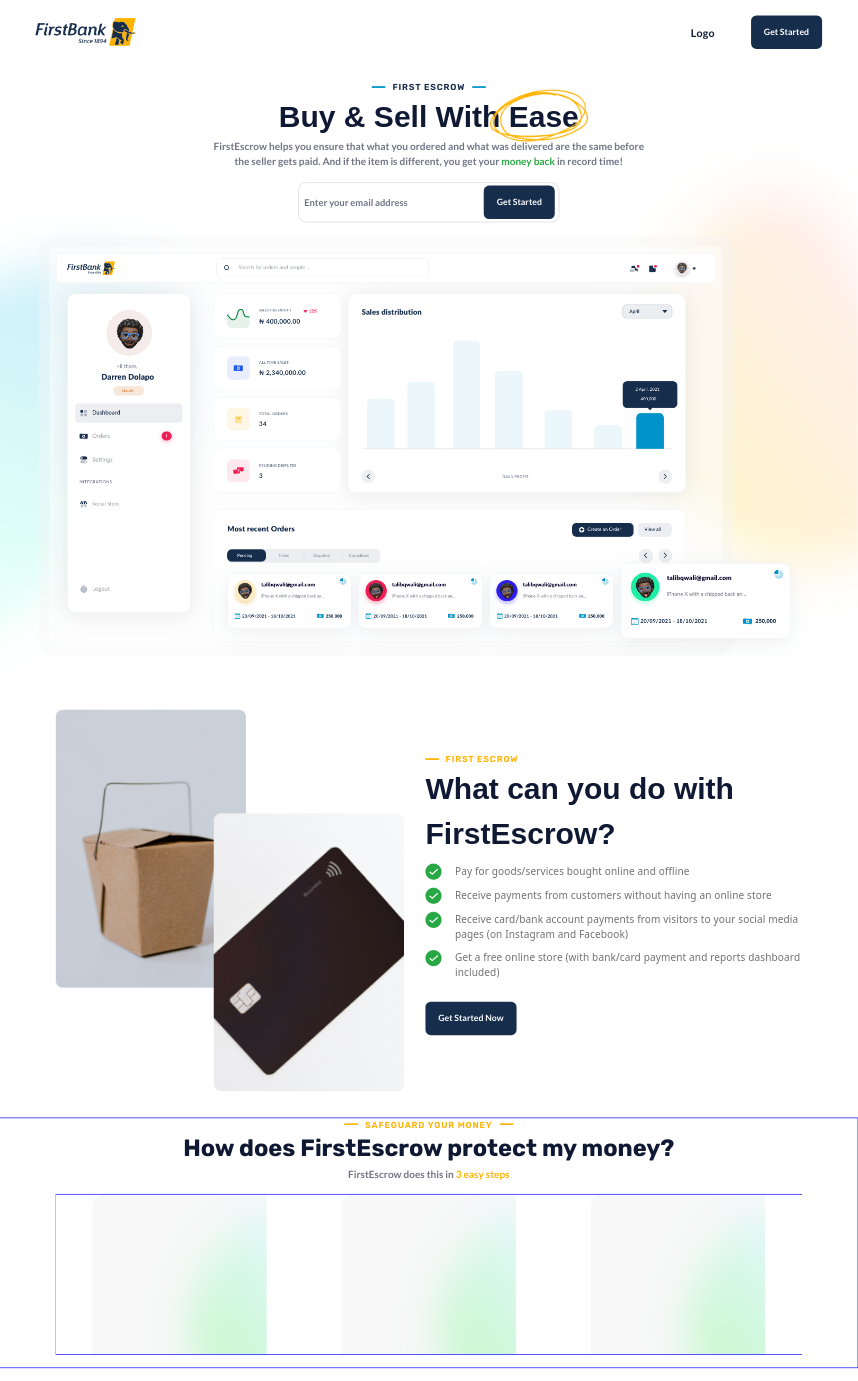
Repository: Pepperest-dev/First_Escrow_Home
Page: index.html
The author's editor kept a copy of each file at every save. The page is drawn from the files as they stood at one save, then again after the next save.
The browser window is 1280 px wide. The pictures show the whole page, at 67% of full size.

Above is the page before, as saved 2021-09-26 11:37:15.

After the next save:
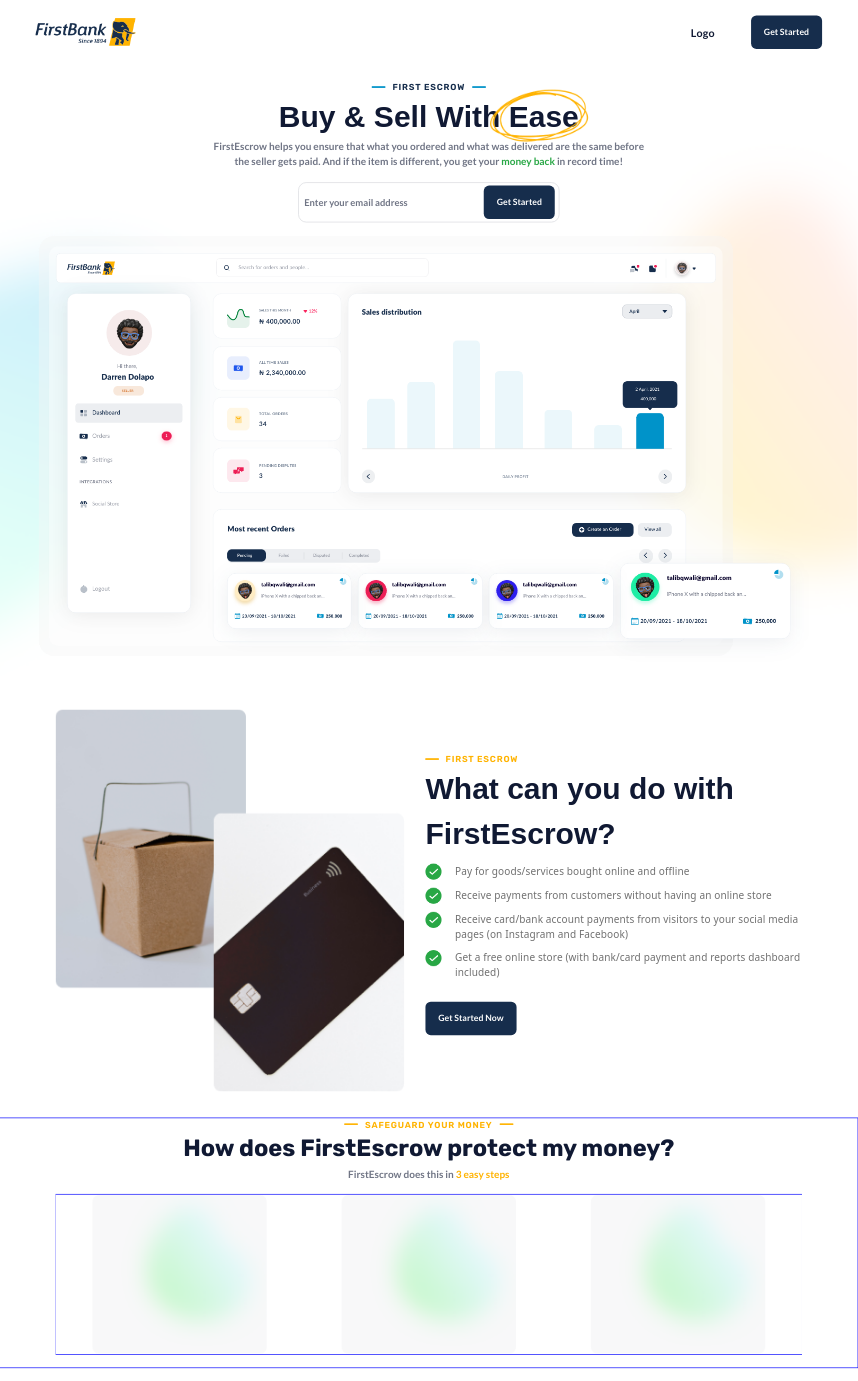
Saved 38 s later.
--- a/Styles/styles.css
+++ b/Styles/styles.css
@@ -238,5 +238,7 @@
   width: 260px;
   height: 238px;
   background-image: url("/assets/imgs/lightGreenCardBg.png");
-  background: no-repeat center contain;
-}
+  background-repeat: no-repeat;
+  background-position: center;
+  background-size: contain;
+}
